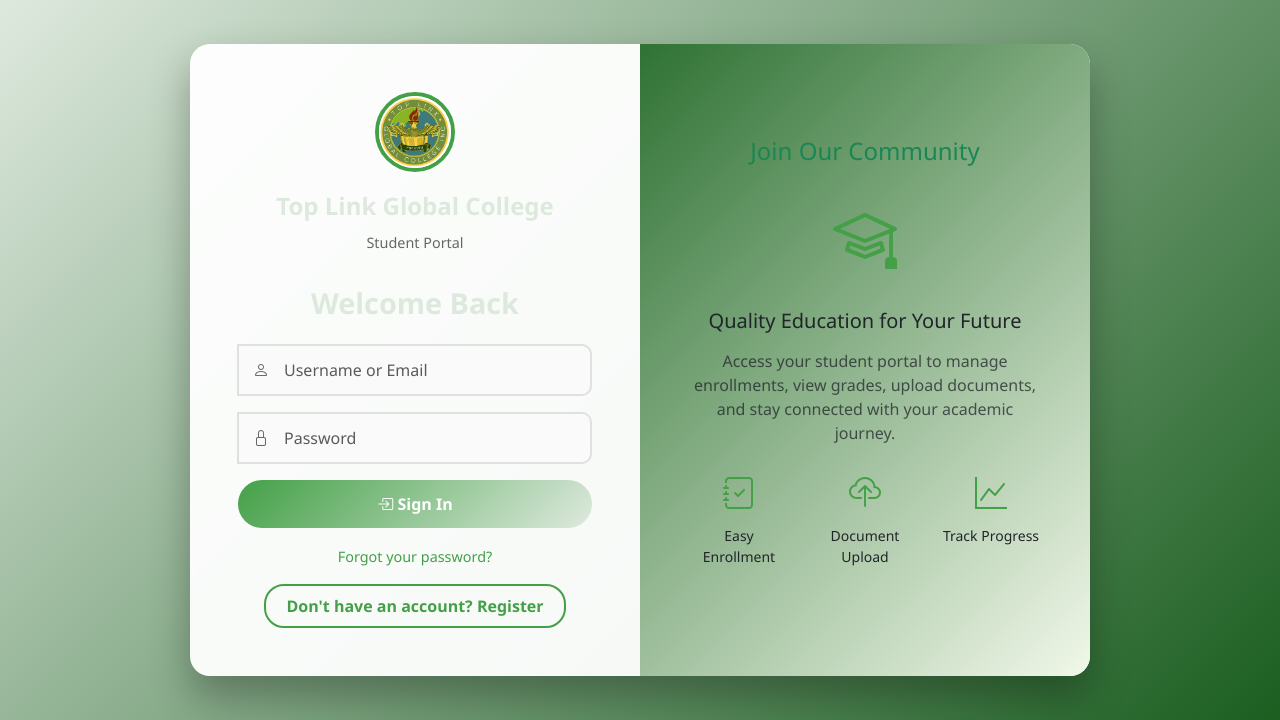
Repository: partymaker01/IT2C_Enrollment_System_SourceCode
Page: http://localhost/IT2C_Enrollment_System_SourceCode/logregfor/login.php
The author's editor kept a copy of each file at every save. The page is drawn from the files as they stood at one save, then again after the next save.
The browser window is 1280 px wide. The pictures show the whole page.
The page is run by PHP 8.4 with error messages shown; the project is at /var/www/html/.

Above is the page before, as saved 2025-06-08 22:56:06.

After the next save:
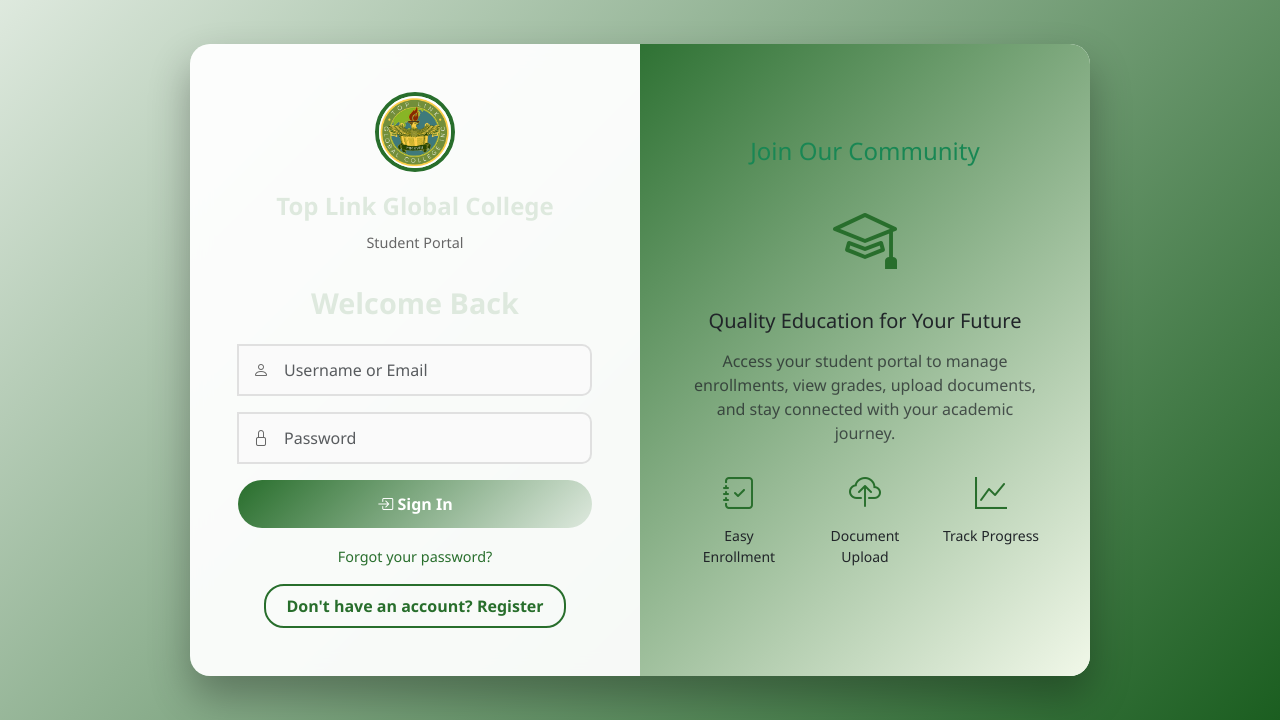
Saved 13 s later.
--- a/logregfor/login.php
+++ b/logregfor/login.php
@@ -107,7 +107,7 @@
         :root {
             --primary-green:rgb(222, 233, 222);
             --light-green:rgb(47, 114, 52);
-            --accent-green: #43a047;
+            --accent-green:rgb(40, 110, 44);
             --hover-green: #c8e6c9;
             --dark-green: #1b5e20;
         }
